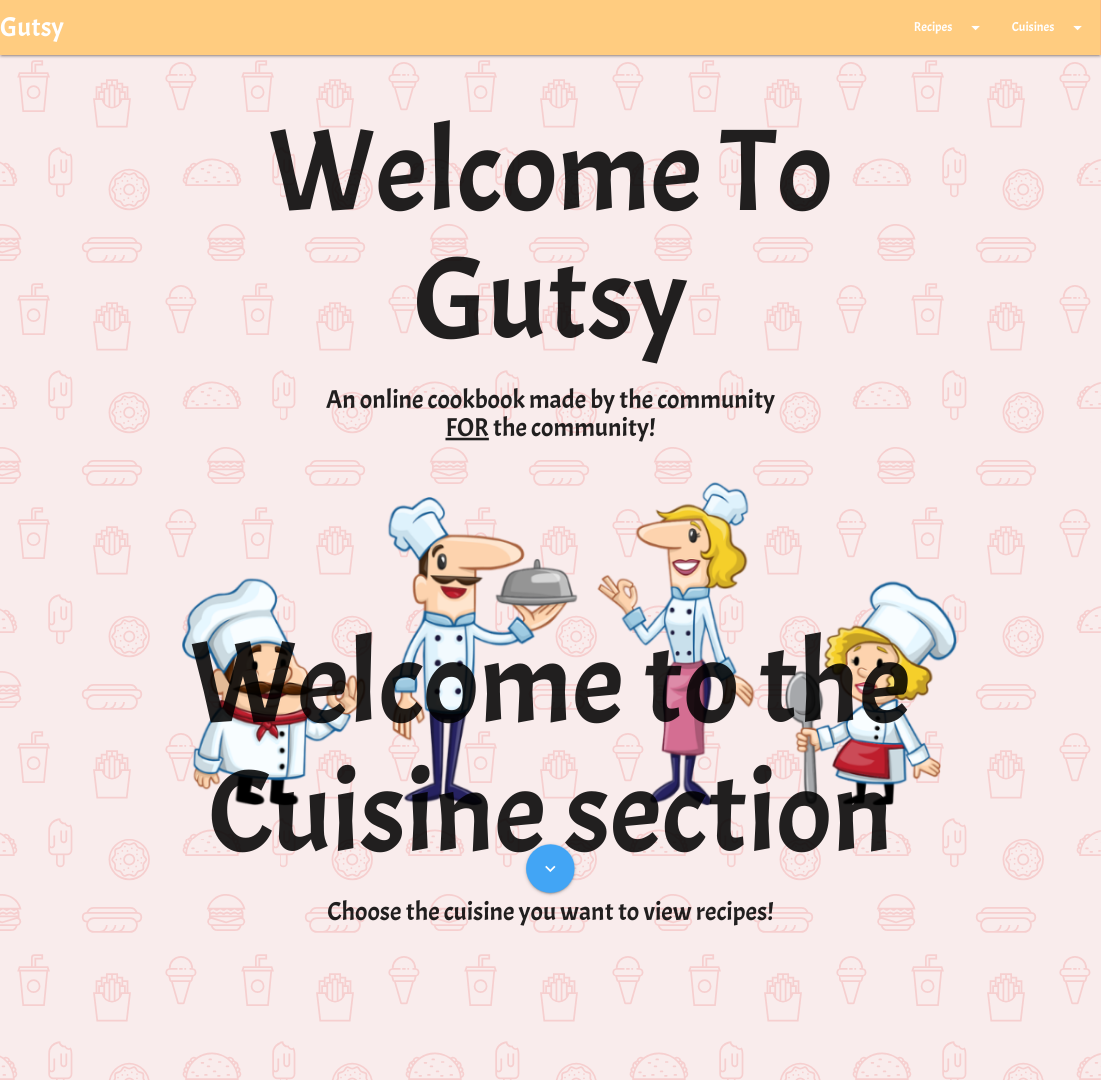
Repository: connor-blackburn/gutsy
Page: http://localhost/
The author's editor kept a record of every edit. The page is drawn from the files as they stood at one moment, then again after the next edit.
The browser window is 1280 px wide. The pictures show the whole page, at 86% of full size.
The page is served by the project's application, run on Flask 3 (app.py). Queries for data that is not in the repository find no rows.

Above is the page before.

After the next edit:
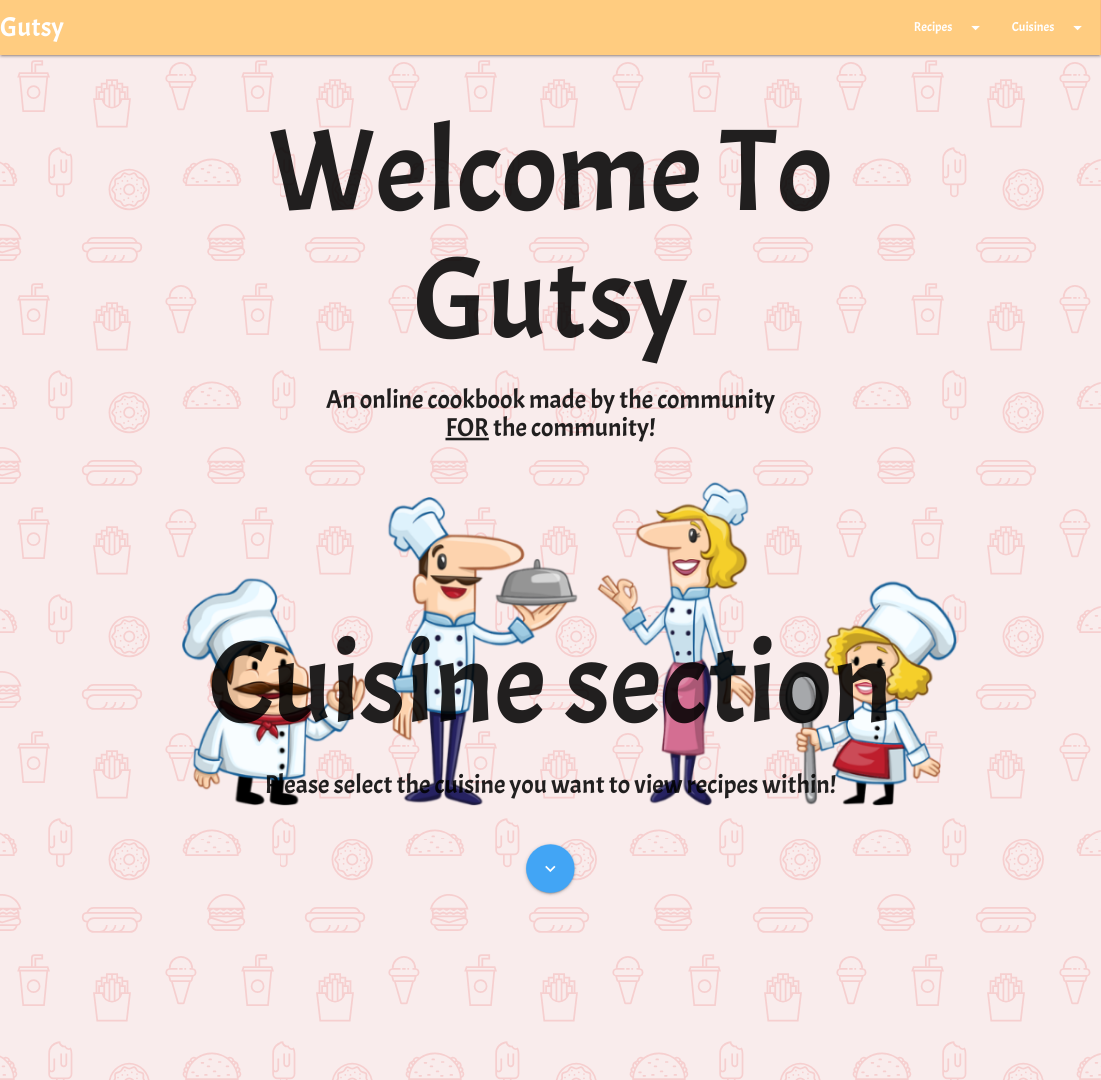
The edit:
--- a/templates/index.html
+++ b/templates/index.html
@@ -10,8 +10,8 @@
     </div>
 
     <div class="row heading center-align">
-        <h1>Welcome to the Cuisine section</h1>
-        <h5>Choose the cuisine you want to view recipes!</h5>
+        <h1>Cuisine section</h1>
+        <h5>Please select the cuisine you want to view recipes within!</h5>
 
         {% for cuisine in cuisines %}
         <div class="col s12 m4 cardBox">
